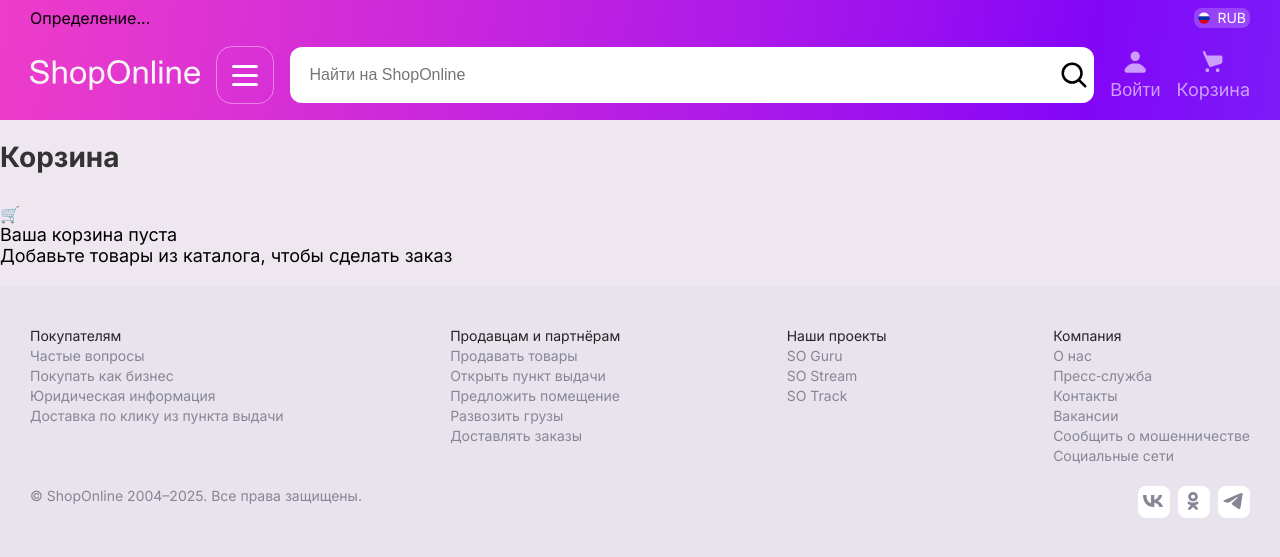
Repository: RostislavZeberg/ShopOnline
Page: /cart
These files come from the project's save history. The page is drawn as it stood at one moment and after the next save; the edit follows.
The browser window is 1280 px wide. The pictures show the whole page.
The page's requests for data from a server got no answer. The project was rebuilt for these pictures with package versions that can differ from the ones it lists, and the page was loaded fresh each time. The framework's server and built-in components were replaced by stand-ins that run in the browser. No one was signed in, and anything a server would have sent is missing. Also part of the build but not shown: next.config.ts.

Above is the page before, as saved 2025-08-21 18:57:00.

### src/app/layout.tsx
import { Inter } from 'next/font/google'
import { ReduxProvider } from './ReduxProvider';
import type { Metadata } from 'next'

import { Header } from '@/components/Header/Header';
import { Footer } from '@/components/Footer/Footer';
import '@/styles/globals.scss';

const inter = Inter({ subsets: ['latin'] })

export const metadata: Metadata = {
  title: "Shop Online",
  description: "There is a huge selection of products in our Shop Online",
};

export default function RootLayout({
  children,
}: {
  children: React.ReactNode
}) {
  return (
    <html lang="en">
      <body>
        <ReduxProvider> {/* Redux доступен везде */}
          <Header /> {/* Может использовать useSelector/useDispatch */}
          <>{children}</>
          <Footer /> {/* Может использовать useSelector/useDispatch */}
        </ReduxProvider>
      </body>
    </html>
  )
}

### src/app/cart/page.tsx
import Cart from '@/components/Cart/Cart'
import { Metadata } from 'next'

export const metadata: Metadata = {
  title: 'Shopping Cart | Shop Online',
  robots: 'noindex', // Чтобы поисковики не индексировали корзины
}

export default function CartPage() {
  return (
    <Cart />
  )
}

### src/app/ReduxProvider.tsx
"use client"; // Обязательно в Next.js, если используются хуки

import { Provider } from "react-redux";
import { store } from "@/store/store"; // Ваш Redux-store

export function ReduxProvider({ children }: { children: React.ReactNode }) {
  return <Provider store={store}>{children}</Provider>;
}

### src/components/Header/Header.tsx
import React from 'react';
import Link from 'next/link';

import { YourCity } from './YourCity';
import { CurrencySelection } from './CurrencySelection';
import { BtnBurger } from './BtnBurger';
import { SearchProduct } from './SearchProduct';
import { HeaderNav } from './HeaderNav';
import styles from './header.module.scss'
import { SearchProductDetailed } from '@/modal/SearchProductDetailed/SearchProductDetailed';

export const Header: React.FC = () => {



  return (
    <header className={styles.header}>
      <div className="container">
        <div className={styles.top}>
          <YourCity />
          <CurrencySelection />
        </div>
        <div className={styles.bottom}>
          <Link href={'/'} className="header__logo">
            <img src="/logo.svg" alt="Логотип" className="logo" />
          </Link>
          <BtnBurger />
          <SearchProduct />
          <HeaderNav />
        </div>
        <SearchProductDetailed />
      </div>
    </header>
  );
};

### src/components/Cart/Cart.tsx
'use client';
import { useEffect, useState } from 'react';
import { useRouter } from 'next/navigation';
import Link from 'next/link';
import Image from 'next/image';

import { useAppSelector, useAppDispatch } from '@/store/hooks';
import { addToCart, removeFromCart, removeAllOfItem } from '@/store/slices/cartSlice';
import { IProductTotal } from '@/types/productsTypes';
import styles from './cart.module.scss';

export default function Cart() {
  const router = useRouter();
  const dispatch = useAppDispatch();
  const cartItems = useAppSelector((state) => state.cartSlice.cartItems || {});

  // Получаем все товары из состояния (предполагая, что они хранятся в productsSlice)
  const allProducts = useAppSelector((state) => state.productsSlice.items || []);

  const [products, setProducts] = useState<{product: IProductTotal, quantity: number}[]>([]);
  const [isLoading, setIsLoading] = useState(true);

  // Загрузка данных о товарах в корзине
  useEffect(() => {
    setIsLoading(true);
    try {
      const productData = [];
      for (const [productId, quantity] of Object.entries(cartItems)) {
        const product = allProducts.find(p => p.id === parseInt(productId));
        if (product) {
          productData.push({ product, quantity });
        }
      }
      setProducts(productData);
    } catch (error) {
      console.error('Error loading cart products:', error);
    } finally {
      setIsLoading(false);
    }
  }, [cartItems, allProducts]);

  // Функции для управления количеством товаров
  const handleIncrement = (productId: number) => {
    dispatch(addToCart(productId));
  };

  const handleDecrement = (productId: number) => {
    dispatch(removeFromCart(productId));
  };

  const handleRemoveAll = (productId: number) => {
    dispatch(removeAllOfItem(productId));
  };

  // Вычисление общей стоимости
  const calculateTotal = () => {
    return products.reduce((total, item) => {
      return total + (item.product.price * item.quantity);
    }, 0);
  };

  // Форматирование цены
  const formatPrice = (price: number) => {
    return new Intl.NumberFormat('ru-RU').format(price) + ' ₽';
  };

  if (isLoading) {
    return (
      <div className={styles.container}>
        <div className={styles.loading}>Загрузка корзины...</div>
      </div>
    );
  }

  return (
    <div className={`${styles.cart} ${styles.container}`}>
      <h1 className={styles.title}>Корзина</h1>

      {products.length === 0 ? (
        <div className={styles.empty}>
          <div className={styles.emptyIcon}>🛒</div>
          <h2 className={styles.emptyTitle}>Ваша корзина пуста</h2>
          <p className={styles.emptyText}>Добавьте товары из каталога, чтобы сделать заказ</p>
          <Link
            href="/catalog"
            className={styles.catalogLink}
          >
            Перейти в каталог
          </Link>
        </div>
      ) : (
        <div className={styles.content}>
          <div className={styles.items}>
            {products.map(({ product, quantity }) => (
              <div key={product.id} className={styles.item}>
                <div className={styles.itemImage}>
                  <Image
                    src={product.image.file.url}
                    alt={product.title}
                    width={120}
                    height={120}
                    className={styles.image}
                  />
                </div>

                <div className={styles.itemInfo}>
                  <Link href={`/product/${product.id}`} className={styles.itemTitle}>
                    {product.title}
                  </Link>
                  <p className={styles.itemCategory}>Категория: {product.category.title}</p>

                  <div className={styles.itemColors}>
                    <span>Цвет: </span>
                    {product.colors.map((color) => (
                      <span
                        key={color.id}
                        className={styles.colorMarker}
                        style={{ backgroundColor: color.code }}
                        title={color.title}
                      />
                    ))}
                  </div>
                </div>

                <div className={styles.itemControls}>
                  <div className={styles.quantity}>
                    <button
                      onClick={() => handleDecrement(product.id)}
                      className={styles.quantityButton}
                      disabled={quantity <= 1}
                    >
                      −
                    </button>
                    <span className={styles.quantityValue}>{quantity}</span>
                    <button
                      onClick={() => handleIncrement(product.id)}
                      className={styles.quantityButton}
                    >
                      +
                    </button>
                  </div>

                  <div className={styles.price}>
                    {formatPrice(product.price * quantity)}
                  </div>

                  <button
                    onClick={() => handleRemoveAll(product.id)}
                    className={styles.removeButton}
                    title="Удалить товар"
                  >
                    ×
                  </button>
                </div>
              </div>
            ))}
          </div>

          <div className={styles.summary}>
            <h2 className={styles.summaryTitle}>Ваш заказ</h2>

            <div className={styles.summaryItems}>
              {products.map(({ product, quantity }) => (
                <div key={product.id} className={styles.summaryItem}>
                  <span>{product.title} × {quantity}</span>
                  <span>{formatPrice(product.price * quantity)}</span>
                </div>
              ))}
            </div>

            <div className={styles.total}>
              <span>Итого:</span>
              <span>{formatPrice(calculateTotal())}</span>
            </div>

            <button
              className={styles.checkoutButton}
              onClick={() => router.push('/checkout')}
            >
              Оформить заказ
            </button>

            <Link
              href="/"
              className={styles.continueShopping}
            >
              ← Продолжить покупки
            </Link>
          </div>
        </div>
      )}
    </div>
  );
}

### src/store/store.ts
import { configureStore, combineSlices } from '@reduxjs/toolkit';
import burgerSlice from './slices/burgerSlice';
import logInSlice from './slices/logInSlice';
import productsSlice from './slices/productsSlice';
import filterSlice from './slices/filterSlice';
import categoriesSlice from './slices/categoriesSlice';
import authFormSlice from './slices/authFormSlice';
import backgroundSlice from './slices/backgroundSlice';
import favoriteSlice from './slices/favoriteSlice';
import cartSlice from './slices/cartSlice';

const rootReducer = combineSlices({
  burgerSlice,
  logInSlice,
  productsSlice,
  filterSlice,
  categoriesSlice,
  authFormSlice,
  backgroundSlice,
  favoriteSlice,
  cartSlice,
});

export const store = configureStore({
  reducer: rootReducer,
});

export type RootState = ReturnType<typeof store.getState>;
export type AppDispatch = typeof store.dispatch;

### src/components/Header/YourCity.tsx
"use client"
import { useCityDetection } from "@/hooks/useCityDetection";
import { useState } from 'react';
import styles from './header.module.scss'

export const YourCity = () => {
  const { city, error, isLoading } = useCityDetection();
  const [coordinates, setCoordinates] = useState<[number, number] | null>(null);

  const handleCityClick = () => {
    if (!city || city === 'Определение...') return;

    // Если есть координаты - используем их
    if (coordinates) {
      window.open(`https://yandex.ru/maps/?pt=${coordinates[1]},${coordinates[0]}&z=12&l=map`, '_blank');
    } else {
      // Иначе ищем по названию города
      window.open(`https://yandex.ru/maps/?text=${encodeURIComponent(city)}`, '_blank');
    }
  };

  return (
    <>
      {isLoading ? (
        <span>Определение...</span>
      ) : error ? (
        <span title={error} onClick={handleCityClick} className={styles.clickableCity}>
          {city}
        </span>
      ) : (
        <span className={`${styles.city} ${styles.clickableCity}`} onClick={handleCityClick}>
          {city}
        </span>
      )}
    </>
  );
}

### src/components/Header/BtnBurger.tsx
"use client"
import { useDispatch, useSelector } from 'react-redux';

import { toggleBurger } from '../../store/slices/burgerSlice';
import type { RootState } from '../../store/store';

export const BtnBurger = () => {
  const dispatch = useDispatch();
  const isOpenSearchDetailed = useSelector((state: RootState) => state.burgerSlice.isOpenSearchDetailed);

  return (
    <button
      className={`header__burger burger btn-reset ${isOpenSearchDetailed ? 'burger--close' : ''}`}
      onClick={() => dispatch(toggleBurger())}
    >
      <span className={`burger__line ${isOpenSearchDetailed ? 'burger__line--close' : ''}`}></span>
    </button>
  );
};

### src/components/Header/HeaderNav.tsx
"use client"
import { useSelector } from 'react-redux';
import Link from 'next/link';

import type { RootState } from '../../store/store';
import { toggleBackground } from '../../store/slices/backgroundSlice';
import { useAppDispatch } from '@/store/hooks';
import { toggleAuthForm } from '@/store/slices/authFormSlice';
import styles from './header.module.scss';

export const HeaderNav = () => {
  const dispatch = useAppDispatch();
  const isEnterLogIn = useSelector((state: RootState) => state.logInSlice.isEnterLogIn);

  const toggleRegister = () => {
    dispatch(toggleAuthForm())
    dispatch(toggleBackground());
  }

  return (
    <nav className={styles.nav}>
      {isEnterLogIn &&
        <>
          <Link href="/favorites" className={styles.link}>
            <span className={`${styles.link__icon} ${styles['link__icon--favorites']}`}></span>
            Избранные
          </Link>
          <Link href="/" className={styles.link}>
            <span className={`${styles.link__icon} ${styles['link__icon--orders']}`}></span>
            Заказы
          </Link>
        </>
      }
      {!isEnterLogIn ?
        <button onClick={toggleRegister} className={`${styles.link} btn-reset`}>
          <span className={`${styles.link__icon} ${styles['link__icon--log-in']}`}></span>
          Войти
        </button>
        :
        <Link href="/" className={styles.link}>
          <span className={`${styles.link__icon} ${styles['link__icon--log-in']}`}></span>
          Профиль
        </Link>
      }
      <Link href="/cart" className={styles.link}>
        <span className={`${styles.link__icon} ${styles['link__icon--basket']}`}></span>
        Корзина
      </Link>
    </nav>
  )
}

### src/store/hooks.ts
import { useDispatch, useSelector } from 'react-redux';
import type { TypedUseSelectorHook } from 'react-redux';
import type { AppDispatch, RootState } from './store';



export const useAppDispatch = () => useDispatch<AppDispatch>();
export const useAppSelector: TypedUseSelectorHook<RootState> = useSelector;

### src/store/slices/cartSlice.ts
import { createSlice } from '@reduxjs/toolkit';
import type { PayloadAction } from '@reduxjs/toolkit';

interface CartState {
  cartItems: {
    [productId: number]: number;
  };
}

const initialState: CartState = {
  cartItems: {},
};

export const cartSlice = createSlice({
  name: 'cart',
  initialState,
  reducers: {
    addToCart: (state, action: PayloadAction<number>) => {
      const productId = action.payload;
      if (state.cartItems[productId]) {
        state.cartItems[productId] += 1;
      } else {
        state.cartItems[productId] = 1;
      }
    },
    removeFromCart: (state, action: PayloadAction<number>) => {
      const productId = action.payload;
      if (state.cartItems[productId] && state.cartItems[productId] > 1) {
        state.cartItems[productId] -= 1;
      } else {
        delete state.cartItems[productId];
      }
    },
    removeAllOfItem: (state, action: PayloadAction<number>) => {
      const productId = action.payload;
      delete state.cartItems[productId];
    },
    clearCart: (state) => {
      state.cartItems = {};
    },
    initializeCart: (state, action: PayloadAction<CartState['cartItems']>) => {
      state.cartItems = action.payload;
    },
  },
});

export const { addToCart, removeFromCart, removeAllOfItem, clearCart, initializeCart } = cartSlice.actions;
export default cartSlice.reducer;

### src/store/slices/burgerSlice.ts
import { createSlice } from '@reduxjs/toolkit';
import type { PayloadAction } from '@reduxjs/toolkit';

interface BurgerState {
  isOpenSearchDetailed: boolean;
}

const initialState: BurgerState = {
  isOpenSearchDetailed: false,
};

export const burgerSlice = createSlice({
  name: 'burger',
  initialState,
  reducers: {
    toggleBurger: (state) => {
      state.isOpenSearchDetailed = !state.isOpenSearchDetailed;
    },
    setBurgerState: (state, action: PayloadAction<boolean>) => {
      state.isOpenSearchDetailed = action.payload;
    },
  },
});

export const { toggleBurger, setBurgerState } = burgerSlice.actions;
export default burgerSlice.reducer;

### src/store/slices/logInSlice.ts
import { createSlice } from '@reduxjs/toolkit';
import type { PayloadAction } from '@reduxjs/toolkit';

interface LogInState {
  isEnterLogIn: boolean;
}

const initialState: LogInState = {
  isEnterLogIn: false,
};

export const logInSlice = createSlice({
  name: 'log-in',
  initialState,
  reducers: {
    toggleEnterLogIn: (state) => {
      state.isEnterLogIn = !state.isEnterLogIn;
    },
    setEnterLogInState: (state, action: PayloadAction<boolean>) => {
      state.isEnterLogIn = action.payload;
    },
  },
});

export const { toggleEnterLogIn, setEnterLogInState } = logInSlice.actions;
export default logInSlice.reducer;

### src/store/slices/categoriesSlice.ts
import { createSlice, createAsyncThunk } from '@reduxjs/toolkit';
import type { PayloadAction } from '@reduxjs/toolkit';

import { getCategories } from '@/services/api';
import { ICategoriesState, ICategory } from '@/types/productsTypes';

// Создаем асинхронный thunk
export const loadCategories = createAsyncThunk(
  'categories/loadCategories',
  async () => {
    const response = await getCategories();
    return response;
  }
);

const initialState: ICategoriesState = {
  items: [],
  loading: false,
  error: null,
};

const categoriesSlice = createSlice({
  name: 'categories',
  initialState,
  reducers: {},
  extraReducers: (builder) => {
    builder
      .addCase(loadCategories.pending, (state) => {
        state.loading = true;
        state.error = null;
      })
      .addCase(
        loadCategories.fulfilled,
        (state, action: PayloadAction<ICategory[]>) => {
          state.items = action.payload;
          state.loading = false;
        }
      )
      .addCase(loadCategories.rejected, (state, action) => {
        state.loading = false;
        state.error = action.error.message || 'Failed to load categories';
      });
  },
});

export default categoriesSlice.reducer;

### src/store/slices/authFormSlice.ts
import { createSlice } from '@reduxjs/toolkit';
import type { PayloadAction } from '@reduxjs/toolkit';

interface AuthFormState {
  isAuthForm: boolean;
}

const initialState: AuthFormState = {
  isAuthForm: false,
};

export const authFormSlice = createSlice({
  name: 'auth-form',
  initialState,
  reducers: {
    toggleAuthForm: (state) => {
      state.isAuthForm = !state.isAuthForm;
    },
    setAuthFormState: (state, action: PayloadAction<boolean>) => {
      state.isAuthForm = action.payload;
    },
  },
});

export const { toggleAuthForm, setAuthFormState } = authFormSlice.actions;
export default authFormSlice.reducer;

### src/store/slices/backgroundSlice.ts
import { createSlice } from '@reduxjs/toolkit';
import type { PayloadAction } from '@reduxjs/toolkit';

interface BackgroundState {
  isBackground: boolean;
}

const initialState: BackgroundState = {
  isBackground: false,
};

export const backgroundSlice = createSlice({
  name: 'background',
  initialState,
  reducers: {
    toggleBackground: (state) => {
      state.isBackground = !state.isBackground;
    },
    setBackgroundState: (state, action: PayloadAction<boolean>) => {
      state.isBackground = action.payload;
    },
  },
});

export const { toggleBackground, setBackgroundState } = backgroundSlice.actions;
export default backgroundSlice.reducer;

### src/store/slices/favoriteSlice.ts
"use client"
import { createSlice } from '@reduxjs/toolkit';
import type { PayloadAction } from '@reduxjs/toolkit';

interface FavoriteState {
  favoriteIds: number[];
}

const initialState: FavoriteState = {
  favoriteIds: [],
};

export const favoriteSlice = createSlice({
  name: 'favorite',
  initialState,
  reducers: {
    toggleFavorite: (state, action: PayloadAction<number>) => {
      const productId = action.payload;
      const index = state.favoriteIds.indexOf(productId);

      if (index === -1) {
        state.favoriteIds.push(productId);
      } else {
        state.favoriteIds.splice(index, 1);
      }

      // Сохраняем только на клиенте
      if (typeof window !== 'undefined') {
        try {
          localStorage.setItem('favorites', JSON.stringify(state.favoriteIds));
        } catch (error) {
          console.error('Error saving favorites:', error);
        }
      }
    },
    initializeFavorites: (state, action: PayloadAction<number[]>) => {
      state.favoriteIds = action.payload;
    },
  },
});

export const { toggleFavorite, initializeFavorites } = favoriteSlice.actions;
export default favoriteSlice.reducer;

### src/hooks/useCurrencySelect .ts
import { useState } from 'react';

type Currency = {
  code: string;
  name: string;
  symbol: string;
};

const currencies: Currency[] = [
  { code: 'RUB', name: 'Российский рубль', symbol: '₽' },
  { code: 'BYN', name: 'Белорусский рубль', symbol: 'Br' },
  { code: 'KZT', name: 'Казахстанский тенге', symbol: '₸' },
  { code: 'AMD', name: 'Армянский драм', symbol: '֏' },
  { code: 'KGS', name: 'Кыргызский сом', symbol: 'с' },
  { code: 'UZS', name: 'Узбекский сум', symbol: 'soʻm' },
  { code: 'TJS', name: 'Таджикский сомони', symbol: 'SM' },
];

export const useCurrencySelect = (defaultCurrency: string = 'RUB') => {
  const [selectedCurrency, setSelectedCurrency] = useState<Currency>(
    () => currencies.find(c => c.code === defaultCurrency) || currencies[0]
  );
  const [isOpenCurrency, setIsOpenCurrency] = useState(false);

  const handleSelect = (currency: Currency) => {
    setSelectedCurrency(currency);
    setIsOpenCurrency(false);
  };

  return {
    selectedCurrency,
    isOpenCurrency,
    setIsOpenCurrency,
    handleSelect,
    currencies,
  };
};

### src/hooks/useDebounce.ts
import { useState, useEffect } from 'react'

export function useDebounce<T>(value: T, delay: number): T {
  const [debouncedValue, setDebouncedValue] = useState(value)

  useEffect(() => {
    const timer = setTimeout(() => {
      setDebouncedValue(value)
    }, delay)

    return () => {
      clearTimeout(timer)
    }
  }, [value, delay])

  return debouncedValue
}

### src/styles/_mixins.scss
@mixin absoluteCenter {
  position: absolute;
  margin-top: auto;
  margin-right: auto;
  margin-bottom: auto;
  margin-left: auto;
  top: 0;
  right: 0;
  bottom: 0;
  left: 0;
}

@mixin absoluteCenterHorizontal {
  position: absolute;
  margin-right: auto;
  margin-left: auto;
  right: 0;
  left: 0;
}

@mixin absoluteCenterVertical {
  position: absolute;
  margin-top: auto;
  margin-bottom: auto;
  top: 0;
  bottom: 0;
}

@mixin fixedCenter {
  position: fixed;
  margin-top: auto;
  margin-right: auto;
  margin-bottom: auto;
  margin-left: auto;
  top: 50%;
  right: 0;
  bottom: 50%;
  left: 0;
}

### src/modal/SearchProductDetailed/SearchProductDetailed.module.scss
  @use '../../styles/mixins';

  .search-detailed {
    @include mixins.absoluteCenterHorizontal;
    display: flex;
    flex-direction: column;
    padding: 16px;
    width: fit-content;
    height: fit-content;
    overflow: hidden;
    border-radius: 5px;
    background-color: #5c4fc2;
    transform-origin: center;

    &__price {
      display: flex;
      flex-direction: column;
    }

    &__title {
      margin-bottom: 10px;
      text-align: center;
      font-size: 20px;
      color: #fff;
    }

    &__label {
      margin-bottom: 7px;
    }

    &__title--label {
      display: block;
      margin-right: 7px;
      margin-bottom: 7px;
      font-size: 18px;
      color: #fff;
    }

    &__input,
    &__input--price {
      outline: none;
      border: none;
      border-radius: 5px;
    }

    &__input {
      width: 100%;
      padding: 5px;
    }

    &__input--price {
      display: flex;
      padding: 5px;
      margin-bottom: 10px;
    }

    &__input:hover,
    &__input--price:hover {
      background-color: #e4e3ff;
    }

    .btn-closed--search-detailed {
      position: absolute;
      top: 0px;
      right: 0px;
    }

    &__btn {
      display: flex;
      gap: 20px;
    }

    .selected {
      border: 2px solid #000;
      transform: scale(1.1);
    }
  }

### src/utils/filterProducts.ts
import { FilterState } from "@/types/filterTypes";
import { IProductTotal } from "@/types/productsTypes";

export const filterProducts = (
  products: IProductTotal[],
  filters: FilterState
): IProductTotal[] => {

  if (!filters || Object.keys(filters).length === 0) return products;

  return products.filter(product => {
    // Фильтрация по названию
    const titleMatch = !filters.title ||
      product.title.toLowerCase().includes(filters.title.toLowerCase());

    // Фильтрация по цене
    const minPrice = filters.price?.min || 0;
    const maxPrice = filters.price?.max || Infinity;
    const priceMatch = product.price >= minPrice && product.price <= maxPrice;

    // Фильтрация по цвету
    const colorMatch = !filters.colors?.length ||
      product.colors?.some(color =>
        filters.colors.some(filterColor =>
          color.title.toLowerCase().includes(filterColor.toLowerCase())
        )
      );

    // Фильтрация по категории
    console.log("filters.categories:", filters.categories)
    console.log("product.category.title:", product.category.title)
    const categoryMatch = !filters.categories?.length ||
      filters.categories.some(filterCategory =>
        product.category.title.toLowerCase().includes(filterCategory.toLowerCase())
      );

    return titleMatch && priceMatch && colorMatch && categoryMatch;
  });
};

Loaded but not shown: src/modal/SearchProductDetailed/SearchProductDetailed.tsx (259 lines, source omitted); src/components/Header/header.module.scss (313 lines, source omitted); src/components/Footer/Footer.tsx (127 lines, source omitted); src/styles/globals.scss (311 lines, source omitted); src/components/Cart/cart.module.scss (221 lines, source omitted); src/services/api.ts (114 lines, source omitted); src/components/Header/SearchProduct.tsx (90 lines, source omitted); src/hooks/useCityDetection.ts (57 lines, source omitted); src/store/slices/productsSlice.ts (63 lines, source omitted); src/components/Footer/footer.module.scss (98 lines, source omitted); src/components/Header/CurrencySelection.tsx (50 lines, source omitted); src/store/slices/filterSlice.ts (69 lines, source omitted)

After the next save:
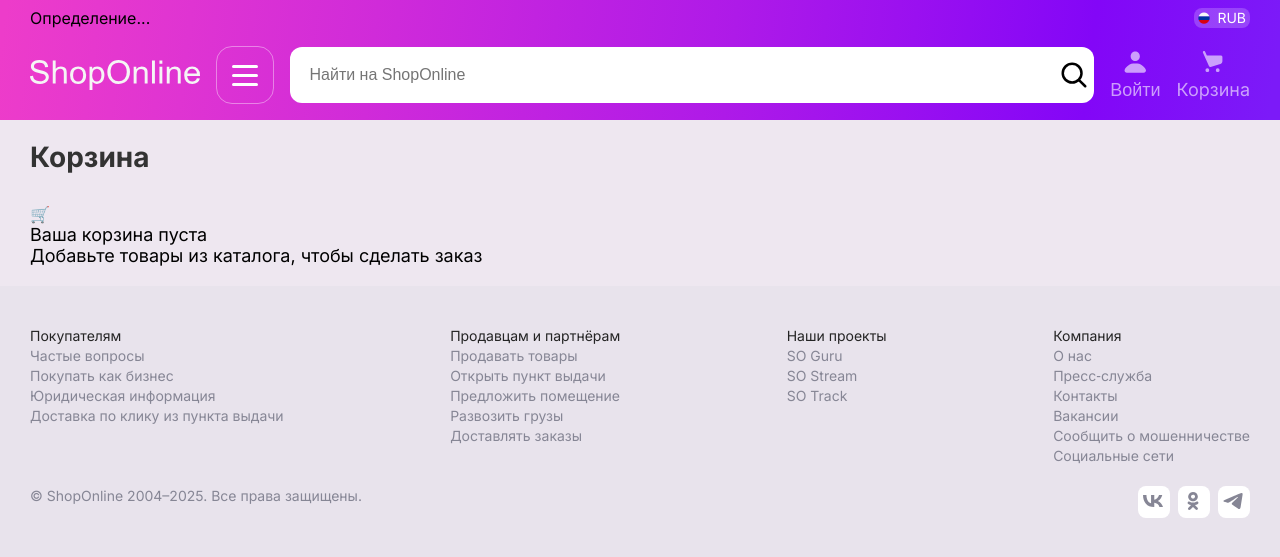
Saved 12 s later.
--- a/src/components/Cart/Cart.tsx
+++ b/src/components/Cart/Cart.tsx
@@ -73,7 +73,7 @@ export default function Cart() {
   }
 
   return (
-    <div className={`${styles.cart} ${styles.container}`}>
+    <div className={`${styles.cart} container`}>
       <h1 className={styles.title}>Корзина</h1>
 
       {products.length === 0 ? (
